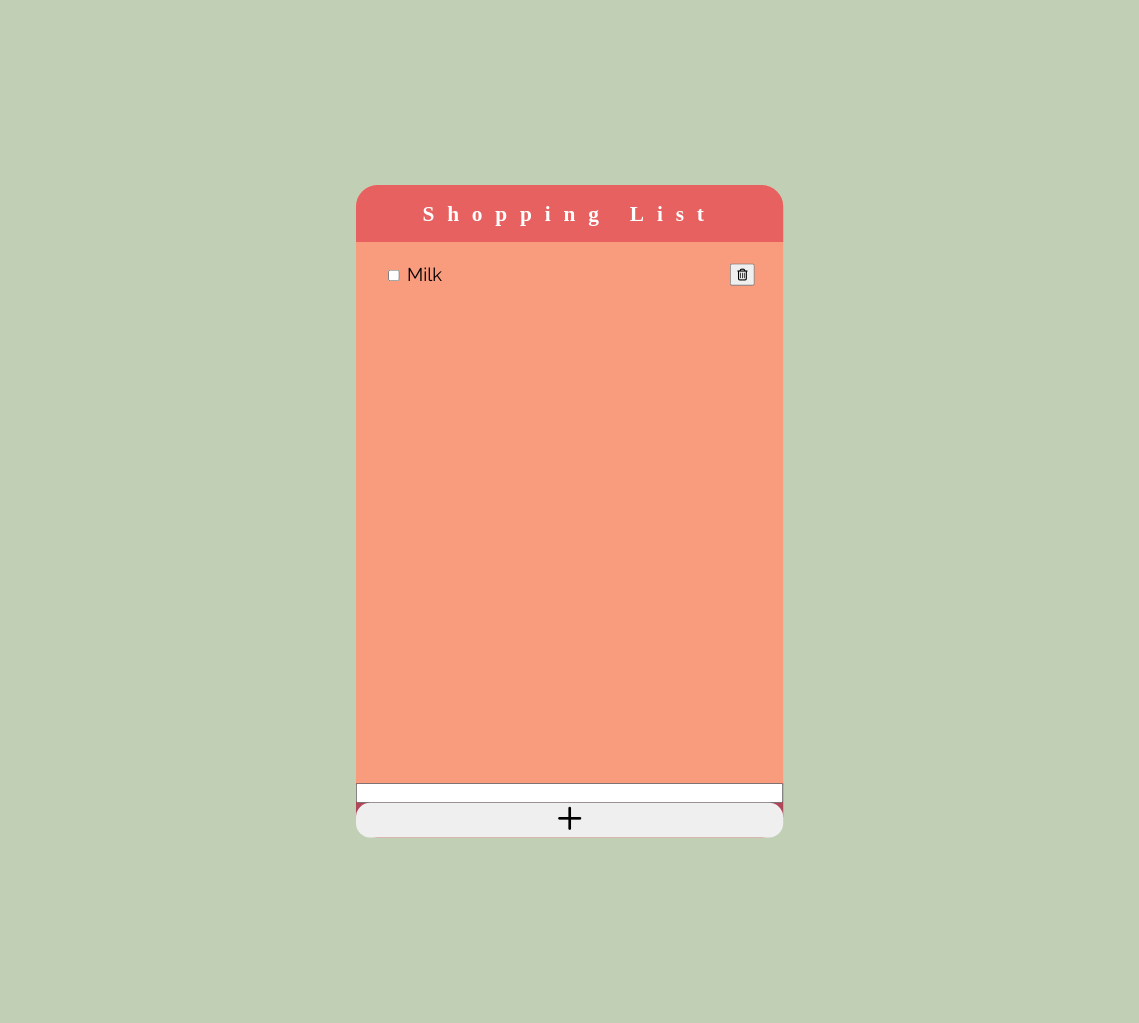
Repository: sephinejo/shopping-list-app
Page: index.html
These files come from the project's save history. The page is drawn as it stood at one moment and after a run of saves; the edit follows.
The browser window is 1280 px wide. The pictures show the whole page, at 89% of full size.
Some web fonts or font styles are not loaded; a fallback is used. Some web libraries are served in a nearby version.

Above is the page before, as saved 2023-05-12 11:16:31.

### index.html
<!DOCTYPE html>
<html lang="en">
  <head>
    <meta charset="UTF-8" />
    <meta http-equiv="X-UA-Compatible" content="IE=edge" />
    <meta name="viewport" content="width=device-width, initial-scale=1.0" />
    <title>Shopping List 🛍️🛒</title>
    <link rel="preconnect" href="https://fonts.googleapis.com" />
    <link rel="preconnect" href="https://fonts.gstatic.com" crossorigin />
    <link
      href="https://fonts.googleapis.com/css2?family=Alice&family=Raleway:wght@400;600;700;800&display=swap"
      rel="stylesheet"
    />
    <script
      src="https://kit.fontawesome.com/9ac80604cb.js"
      crossorigin="anonymous"
    ></script>
    <script src="main.js" defer></script>
    <link rel="stylesheet" href="style.css" />
  </head>
  <body>
    <section class="container">
      <header class="header">Shopping List</header>
      <ul class="items">
        <li class="item__row">
          <div class="item">
            <input id="item__checkbox" name="item__checkbox" type="checkbox" />
            <label for="item__checkbox">Milk</label>
          </div>
          <button><i class="fa-regular fa-trash-can"></i></button>
        </li>
      </ul>
      <footer>
        <input class="input" type="text" />
        <button class="footer__button">
          <i class="fa-regular fa-plus"></i>
        </button>
      </footer>
    </section>
  </body>
</html>

### style.css
* {
  box-sizing: border-box;
}

body {
  text-align: center;
  background-color: #c1d0b5;
}

.container {
  margin: 13rem auto;
  width: 30rem;
  background-color: #f99b7d;
  border-radius: 1.5rem;
}

.header {
  height: 4rem;
  padding: 1.2rem;
  font-family: 'Alice';
  font-size: 1.5rem;
  font-weight: 700;
  color: white;
  letter-spacing: 0.9rem;
  background: #e76161;
  border-radius: 1.5rem 1.5rem 0 0;
}

.items {
  height: 35rem;
  overflow-y: auto;
  margin: 1.5rem 2rem;
  padding: 0;
}

.item__row {
  display: flex;
  justify-content: space-between;
  font-size: 1.3rem;
  font-family: 'Raleway';
  font-weight: 500;
}

footer {
  background: #b04759;
  display: flex;
  flex-direction: column;
  border-radius: 0 0 1.5rem 1.5rem;
}

.input {
  height: 1.4rem;
  outline: none;
  font-size: 1.4rem;
}

.footer__button {
  border-style: none;
  border-radius: 1rem;
  cursor: pointer;
  font-size: 2rem;
}

Loaded but not shown: main.js (no copy from this time; the picture is the same without it)

After the next 4 saves:
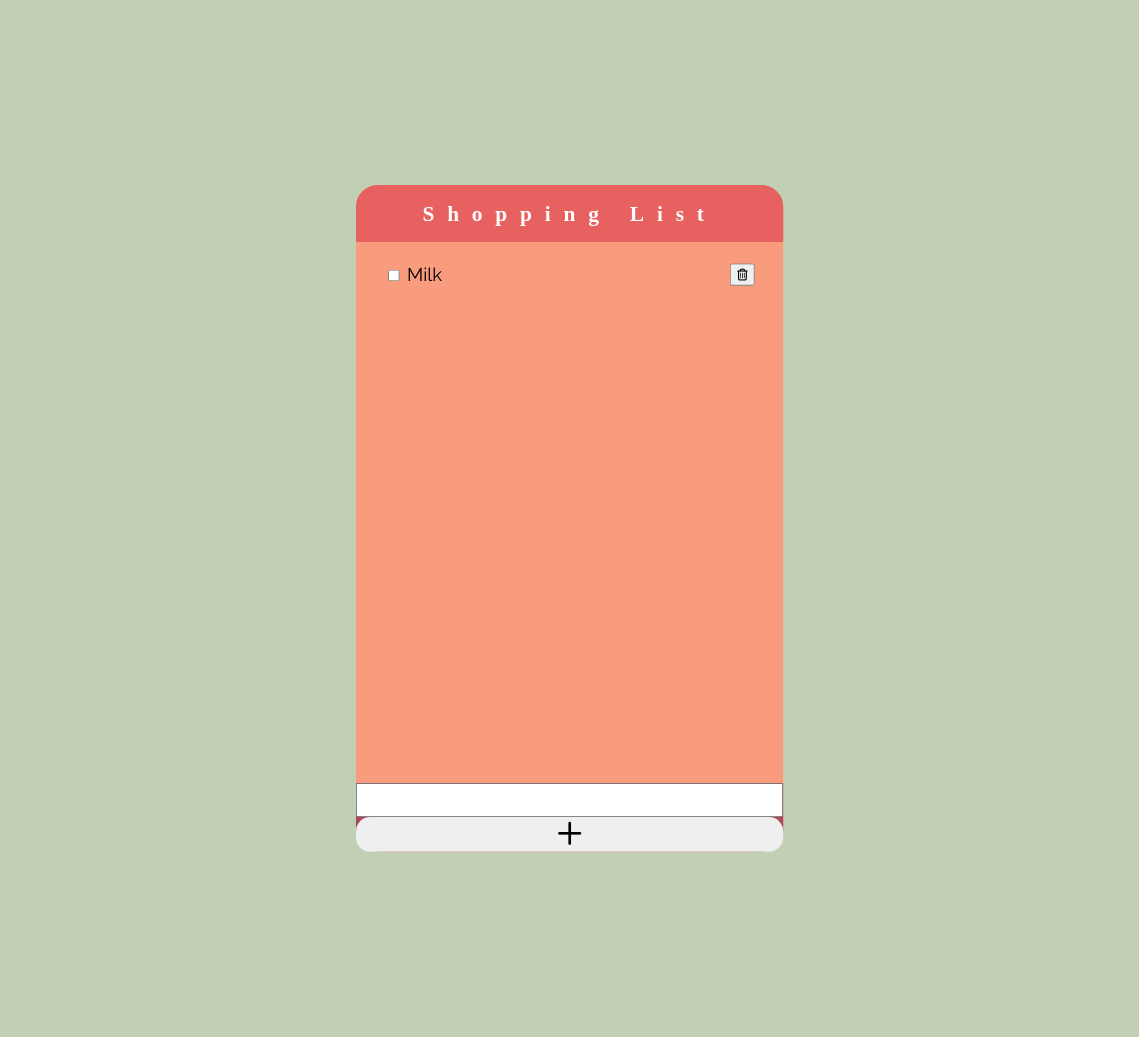
The 4 saves are shown as one change because they came seconds apart.
The last was saved 12 s later.
--- a/style.css
+++ b/style.css
@@ -49,7 +49,7 @@ footer {
 }
 
 .input {
-  height: 1.4rem;
+  height: 2.4rem;
   outline: none;
   font-size: 1.4rem;
 }
